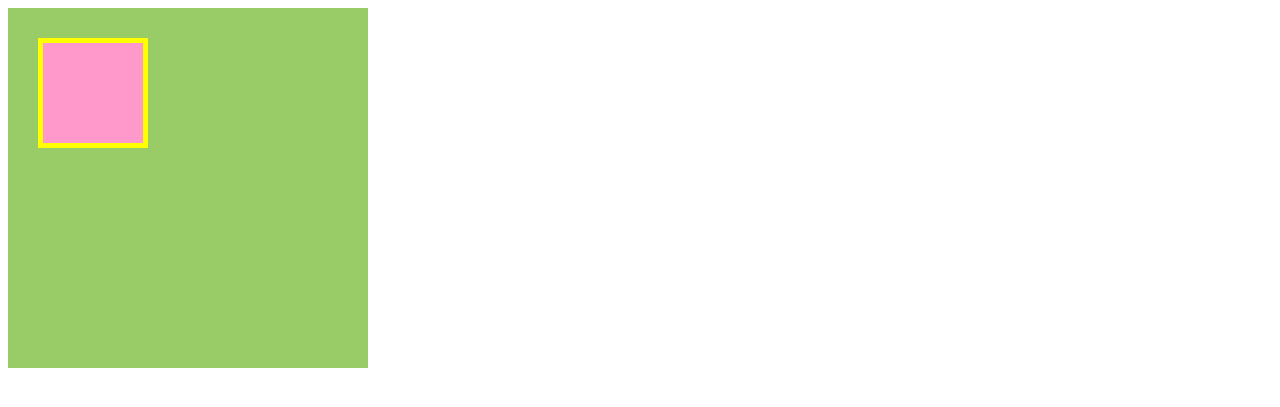
Repository: Kaori199701/-1
Page: box/box.html
The author's editor kept a record of every edit. The page is drawn from the files as they stood at one moment, then again after the next edit.
The browser window is 1280 px wide. The pictures show the whole page.

Above is the page before.

After the next edit:
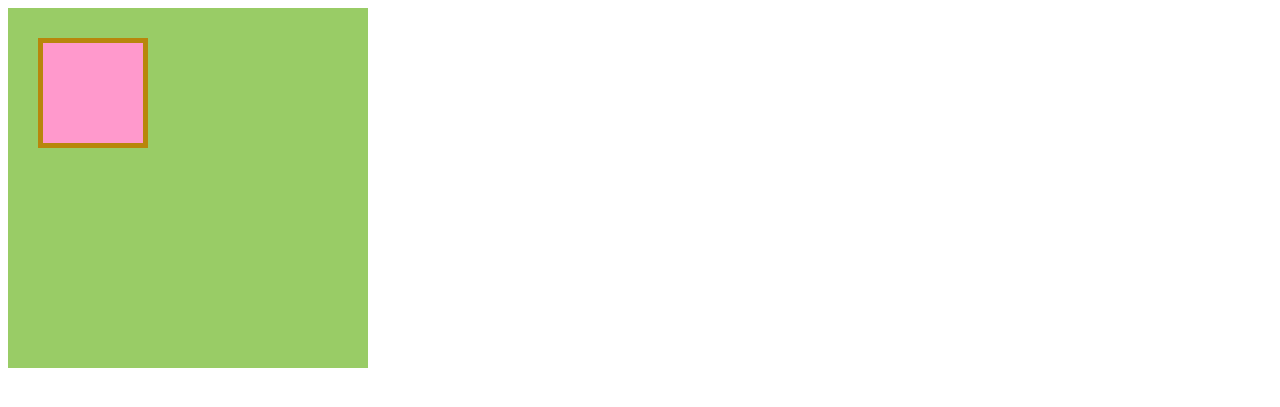
The edit:
--- a/box/box.css
+++ b/box/box.css
@@ -10,5 +10,5 @@
   height: 100px;
   background-color: #FF99CC;
     /* 指定方法（box2の周囲すべてに枠線を設定する場合） */
-  border: 5px solid yellow;
+  border: 5px solid #B8860B;
 }
